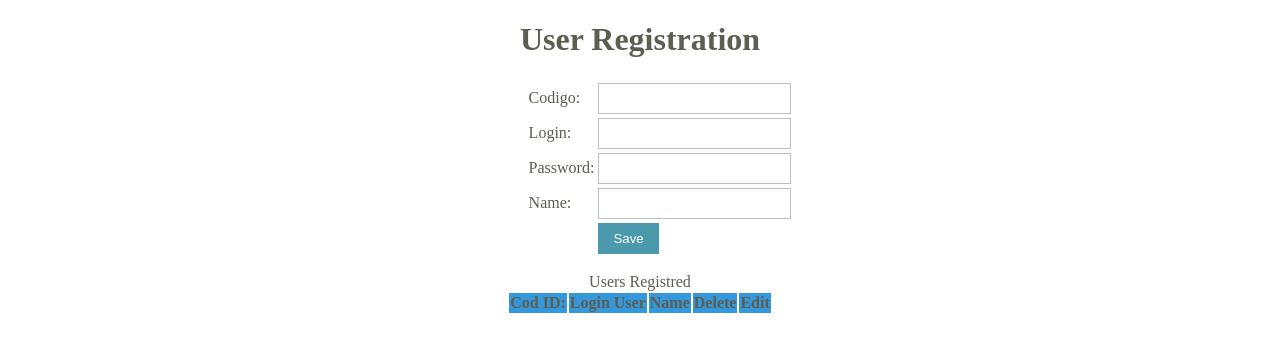
Repository: ViniciusBeletella/project-jsp
Page: http://localhost/project-jsp/userRegistration.jsp
An editor plug-in stored every save of this project. The page is shown before and after the next save, followed by the edit.
The browser window is 1280 px wide. The pictures show the whole page.
The page is served by Tomcat 9. Other server files are loaded and not shown. The template is opened directly, without the code that normally fills it, so the values that code supplies are empty.

Above is the page before, as saved 2020-01-02 04:06:26.

### project-jsp/WebContent/userRegistration.jsp
<%@ page language="java" contentType="text/html; charset=UTF-8"
	pageEncoding="UTF-8"%>
<%@ taglib uri="http://java.sun.com/jsp/jstl/core" prefix="c"%>
<!DOCTYPE html>
<html>
<head>
<meta charset="UTF-8">
<title>User Registration</title>
<link rel="stylesheet" href="resources/css/registration.css">
</head>
<body>

	<center>
		<h1>User Registration</h1>
	</center>
	</tr>
	<tr></tr>
	<tr>
	<center>
			<form action="saveUser" method="post">
				<ul class="form-style-1">
					<li>
						<table>
							<tr>
								<td>Codigo:</td>
								<td><input type="text" readonly="readonly" id="id"
									name="id" value="${user.id}"></td>
							</tr>
							<tr>
								<td>Login:</td>
								<td><input type="text" id="login" name="login"
									value="${user.login}"></td>
							</tr>

							<tr>
								<td>Password:</td>
								<td><input type="password" id="password" name="password"
									value="${user.password}"></td>
							</tr>
							<tr>
								<td>Name:</td>
								<td><input type="text" id="name" name="name"
									value="${user.name}"></td>
							</tr>
							<tr>
								<td></td>
								<td><input type="submit" value="Save"></td>
							</tr>
						</table>
					</li>
				</ul>
			</form>

		<table>
				<caption>Users Registred</caption>
				<tr bgcolor="#3498DB">
				<th>Cod ID:</th>
				<th>Login User</th>
				<th>Name</th>
				<th>Delete</th>
				<th>Edit</th>
			</tr>
			<c:forEach items="${usuarios}" var="userL">
				<tr>
					<td style="width: 150px"><c:out value="${userL.id}"></c:out></td>
					<td style="width: 150px"><c:out value="${userL.login}"></c:out></td>
					<td style="width: 150px"><c:out value="${userL.name}"></c:out></td>
					<td><c:out value="${userL.password}"></c:out></td>
					<td><a href="saveUser?acao=delete&user=${userL.id}"><img src="resources/img/delete.png" title="Delete" width="18px" height="18px"></a>
					</td>
					<td><a href="saveUser?acao=edit&user=${userL.id}"><img src="resources/img/edit.png" title="Edit" width="18px" height="18px"></a></td>

				</tr>

			</c:forEach>
		</table>
		</center>
</body>
</html>

### project-jsp/WebContent/resources/css/registration.css

<style type="text/css">
.form-style-1 {
	margin:10px auto;
	max-width: 400px;
	text-align:center;
	padding: 20px 12px 10px 20px;
	font: 13px "Lucida Sans Unicode", "Lucida Grande", sans-serif;
}
.form-style-1 li {
	padding: 0;
	display: block;
	list-style: none;
	margin: 10px 0 0 0;
}
.form-style-1 label{
	margin:0 0 3px 0;
	padding:0px;
	text-align:center;
	display:block;
	font-weight: bold;
}
.form-style-1 input[type=text],
.form-style-1 input[type=password],
.form-style-1 input[type=date],
.form-style-1 input[type=datetime],
.form-style-1 input[type=number],
.form-style-1 input[type=search],
.form-style-1 input[type=time],
.form-style-1 input[type=url],
.form-style-1 input[type=email],
textarea,
select{
	box-sizing: border-box;
	-webkit-box-sizing: border-box;
	-moz-box-sizing: border-box;
	border:1px solid #BEBEBE;
	padding: 7px;
	margin:0px;
	-webkit-transition: all 0.30s ease-in-out;
	-moz-transition: all 0.30s ease-in-out;
	-ms-transition: all 0.30s ease-in-out;
	-o-transition: all 0.30s ease-in-out;
	outline: none;
}
.form-style-1 input[type=text]:focus,
.form-style-1 input[type=password]:focus,
.form-style-1 input[type=date]:focus,
.form-style-1 input[type=datetime]:focus,
.form-style-1 input[type=number]:focus,
.form-style-1 input[type=search]:focus,
.form-style-1 input[type=time]:focus,
.form-style-1 input[type=url]:focus,
.form-style-1 input[type=email]:focus,
.form-style-1 textarea:focus,
.form-style-1 select:focus{
	-moz-box-shadow: 0 0 8px #88D5E9;
	-webkit-box-shadow: 0 0 8px #88D5E9;
	box-shadow: 0 0 8px #88D5E9;
	border: 1px solid #88D5E9;
}
.form-style-1 .field-divided{
	width: 49%;
}

.form-style-1 .field-long{
	width: 100%;
}
.form-style-1 .field-select{
	width: 100%;
}
.form-style-1 .field-textarea{
	height: 100px;
}
.form-style-1 input[type=submit], .form-style-1 input[type=button]{
	background: #4B99AD;
	padding: 8px 15px 8px 15px;
	border: none;
	color: #fff;
}
.form-style-1 input[type=submit]:hover, .form-style-1 input[type=button]:hover{
	background: #4691A4;
	box-shadow:none;
	-moz-box-shadow:none;
	-webkit-box-shadow:none;
}
.form-style-1 .required{
	color:red;
}
$bp-maggie: 15em;
$bp-lisa: 30em;
$bp-bart: 48em;
$bp-marge: 62em;
$bp-homer: 75em;


* {
 @include box-sizing(border-box);

 &:before,
 &:after {
   @include box-sizing(border-box);
 }
}

body {
  font-family: $helvetica;
  color: rgba(94,93,82,1);
}

a {
  color: rgba(51,122,168,1);

  &:hover,
  &:focus {
    color: rgba(75,138,178,1);
  }
}


.tableaa {
	border="1"
	width="50%
	height="50%"
	cellpadding="4";

	margin-left: auto;
	margin-right: auto;
}



.flat-table {
  display: block;
  font-family: sans-serif;
  margin-left: auto;
  margin-right: auto;
  -webkit-font-smoothing: antialiased;
  font-size: 115%;
  overflow: auto;
  width: auto;

  th {
    background-color: rgb(112, 196, 105);
    color: white;
    font-weight: normal;
    padding: 20px 30px;
    text-align: center;
  }
  td {
    background-color: rgb(238, 238, 238);
    color: rgb(111, 111, 111);
    padding: 20px 30px;

  }
}
}

After the next save:
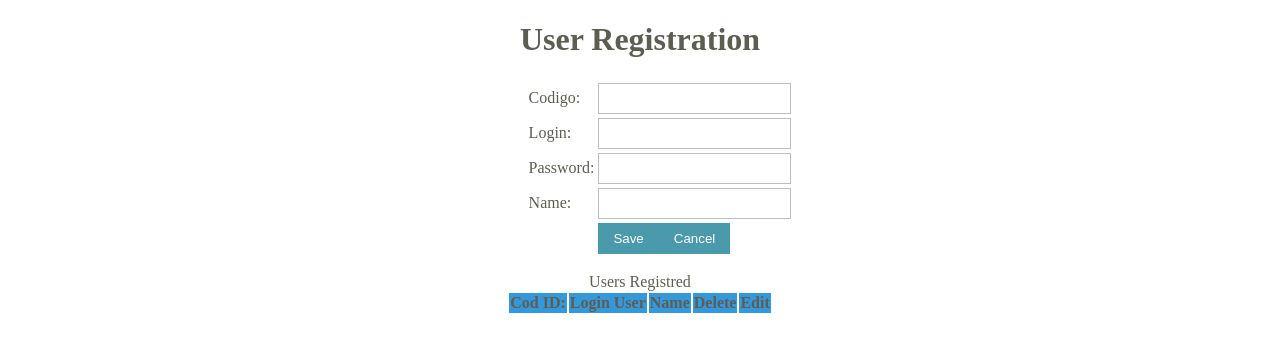
Saved 10 min 23 s later.
--- a/project-jsp/WebContent/userRegistration.jsp
+++ b/project-jsp/WebContent/userRegistration.jsp
@@ -17,7 +17,7 @@
 	<tr></tr>
 	<tr>
 	<center>
-			<form action="saveUser" method="post">
+			<form action="saveUser" method="post" id="formUser">
 				<ul class="form-style-1">
 					<li>
 						<table>
@@ -44,7 +44,7 @@
 							</tr>
 							<tr>
 								<td></td>
-								<td><input type="submit" value="Save"></td>
+								<td><input type="submit" value="Save"><input type="submit" value="Cancel" onclick="document.getElementById('formUser')"></td>
 							</tr>
 						</table>
 					</li>
